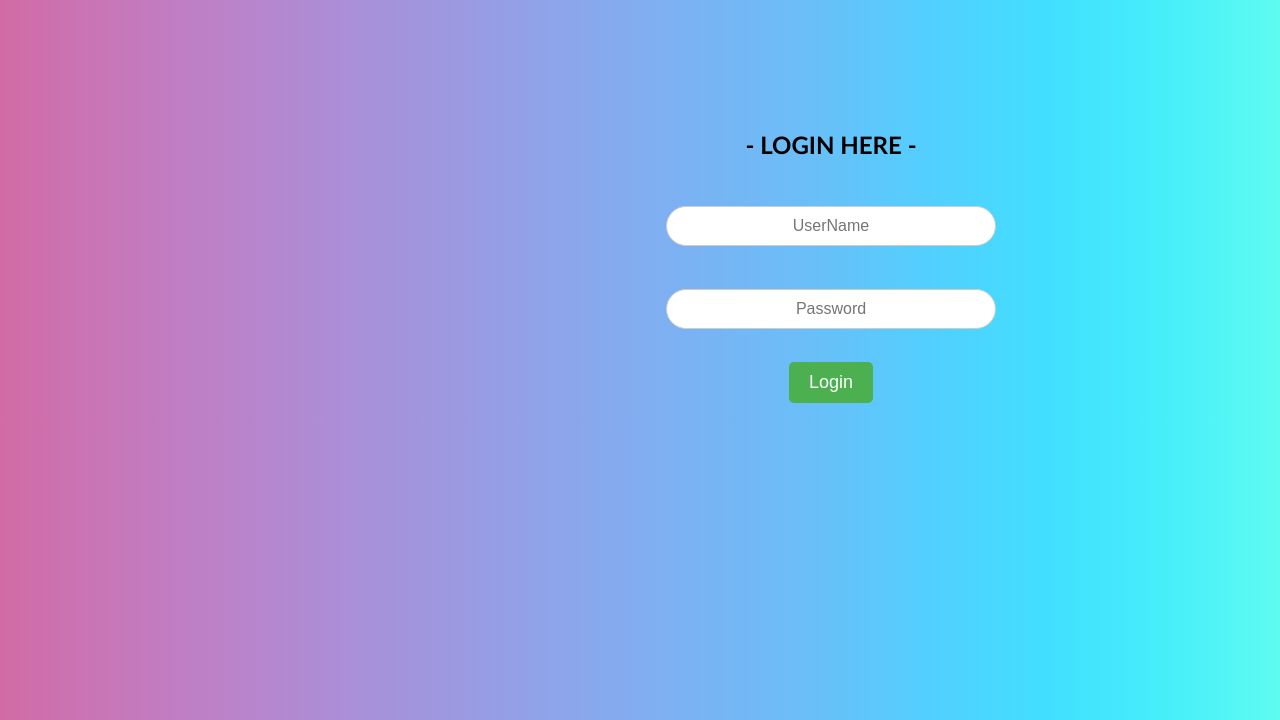
Repository: amitSai12/CMS
Page: http://localhost/LibraryManagementDemo/Login.jsp
An editor plug-in stored every save of this project. The page is shown before and after the next save, followed by the edit.
The browser window is 1280 px wide. The pictures show the whole page.
The page is served by Tomcat 9.

Above is the page before, as saved 2023-10-03 18:20:16.

After the next save:
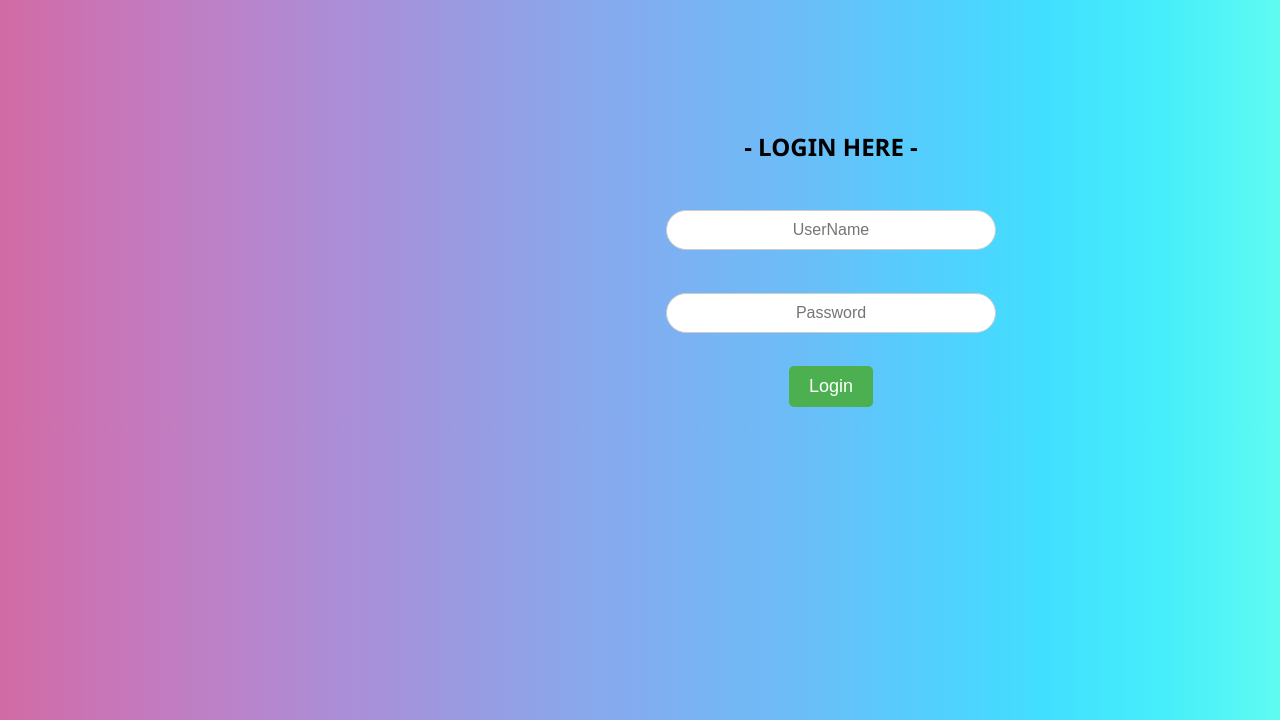
Saved 18 s later.
--- a/Day1_Thu/LibraryManagementDemo/src/main/webapp/login.css
+++ b/Day1_Thu/LibraryManagementDemo/src/main/webapp/login.css
@@ -17,7 +17,7 @@ form {
 
 h2 {
     color: rgb(0, 0, 0);
-    font-family: 'Gill Sans', 'Gill Sans MT', Calibri, 'Trebuchet MS', sans-serif;
+    font-family: 'Segoe UI', Tahoma, Geneva, Verdana, sans-serif;
 }
 
 input[type="text"],
